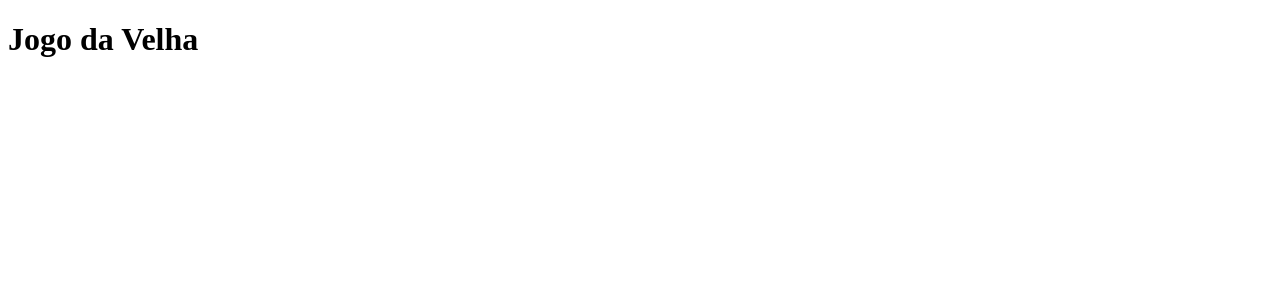
Repository: guilhermecardoso93/jogodavelha
Page: index.html
These files come from the project's save history. The page is drawn as it stood at one moment and after the next save; the edit follows.
The browser window is 1280 px wide. The pictures show the whole page.

Above is the page before, as saved 2023-05-30 22:51:12.

### index.html
<!DOCTYPE html>
<html lang="pt-BR">
<head>
  <meta charset="UTF-8">
  <meta http-equiv="X-UA-Compatible" content="IE=edge">
  <meta name="viewport" content="width=device-width, initial-scale=1.0">
  <title>Jogo da Velha</title>
</head>
<body>
  <main>
    <h1>Jogo da Velha</h1>
  </main>

</body>
</html>

Loaded but not shown: styles.css (common file)

After the next save:
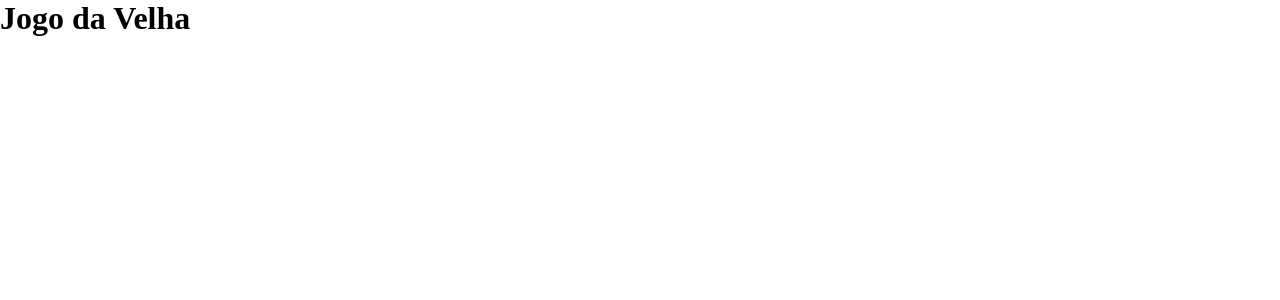
Saved 19 s later.
--- a/index.html
+++ b/index.html
@@ -1,15 +1,16 @@
 <!DOCTYPE html>
 <html lang="pt-BR">
-<head>
-  <meta charset="UTF-8">
-  <meta http-equiv="X-UA-Compatible" content="IE=edge">
-  <meta name="viewport" content="width=device-width, initial-scale=1.0">
-  <title>Jogo da Velha</title>
-</head>
-<body>
-  <main>
-    <h1>Jogo da Velha</h1>
-  </main>
+  <head>
+    <meta charset="UTF-8">
+    <meta http-equiv="X-UA-Compatible" content="IE=edge">
+    <meta name="viewport" content="width=device-width, initial-scale=1.0">
+    <link rel="stylesheet" href="styles.css">
+    <title>Jogo da Velha</title>
+  </head>
+  <body>
+    <main>
+      <h1>Jogo da Velha</h1>
+    </main>
 
-</body>
+  </body>
 </html>
